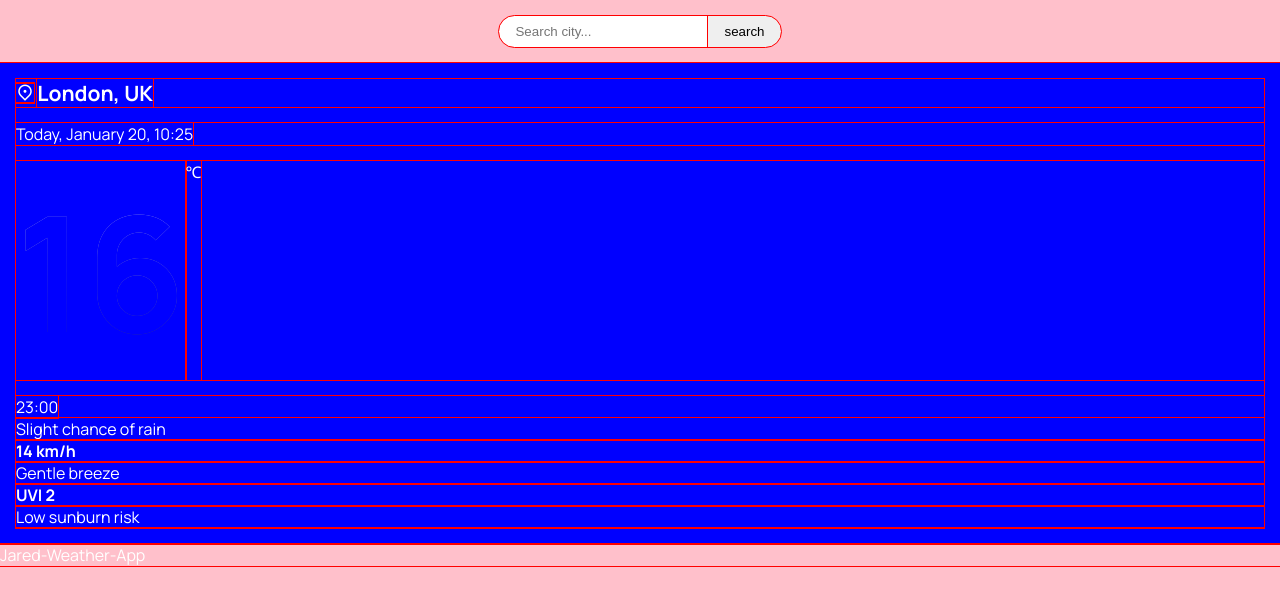
Repository: EguJaredoBoyd/Jared-Weather-App
Page: main.html
An editor plug-in stored every save of this project. The page is shown before and after the next save, followed by the edit.
The browser window is 1280 px wide. The pictures show the whole page.
Some web libraries are served in a nearby version.

Above is the page before, as saved 2026-01-22 01:29:23.

After the next save:
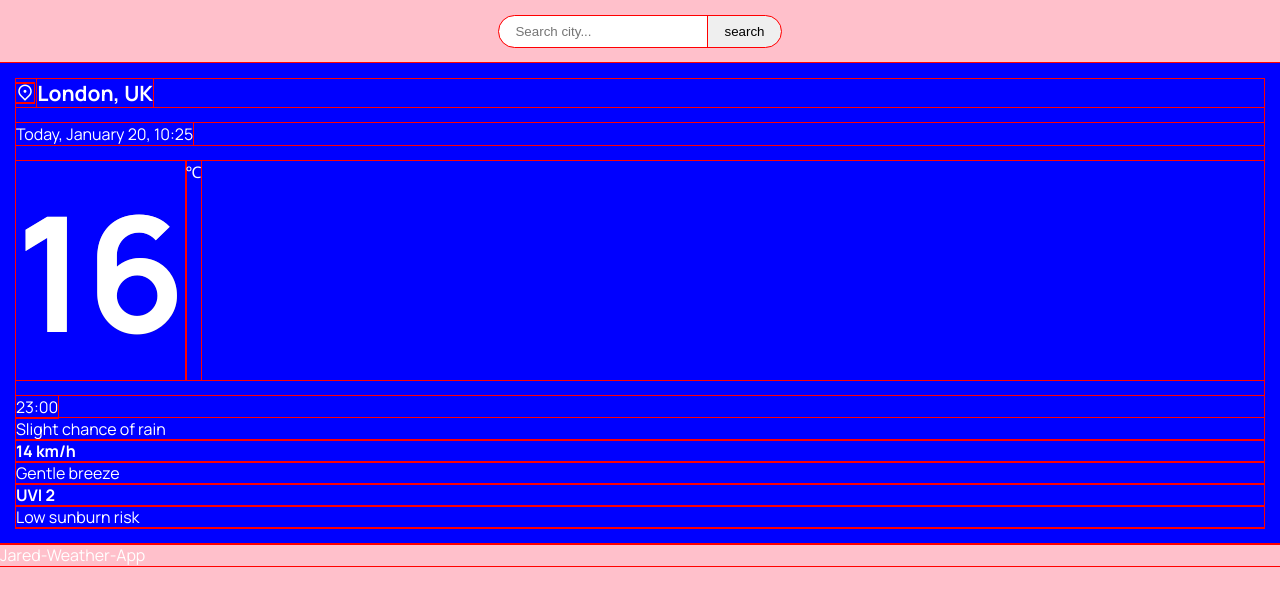
Saved 6 s later.
--- a/css/styles.css
+++ b/css/styles.css
@@ -79,5 +79,5 @@ main {
   background: linear-gradient(to top, #03045e, white);
   -webkit-background-clip: text;
   background-clip: text;
-  -webkit-text-fill-color: blue;
+  -webkit-text-fill-color: white;
 }
